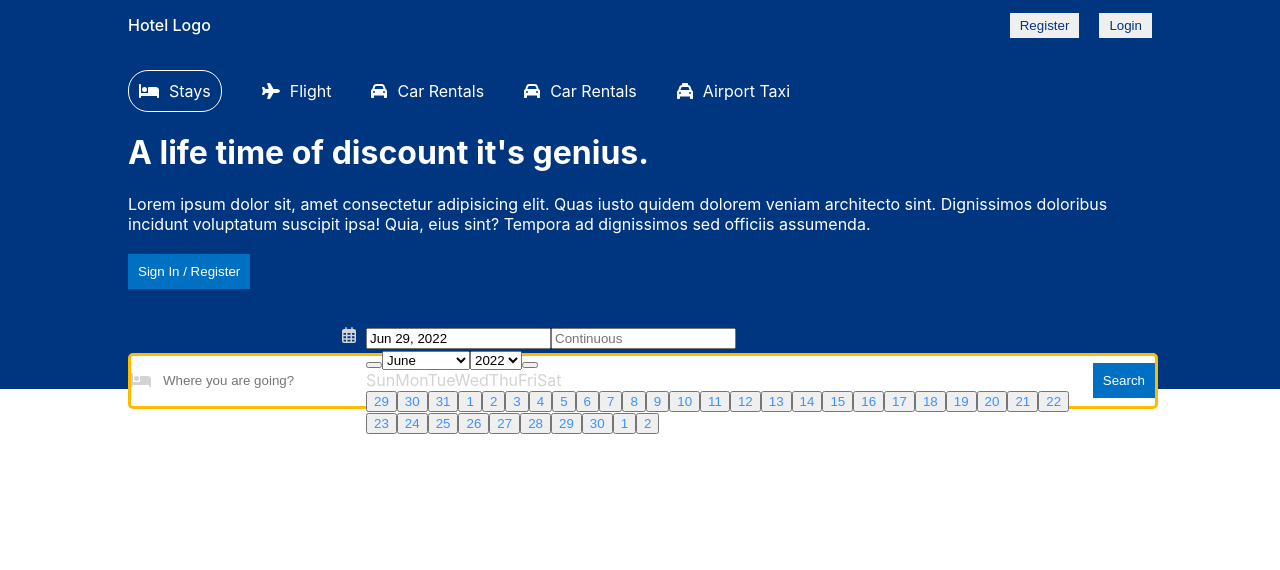
Repository: shikubro90/Booking-App
Page: /
These files come from the project's save history. The page is drawn as it stood at one moment and after the next save; the edit follows.
The browser window is 1280 px wide. The pictures show the whole page.
The project was rebuilt for these pictures with package versions that can differ from the ones it lists, and the page was loaded fresh each time. Also part of the build but not shown: src/App.css, src/pages/Hotels/Hotels.jsx. Imported but missing from the stored project, and not drawn on this page: src/pages/List/List.

Above is the page before, as saved 2022-06-29 01:05:31.

After the next save:
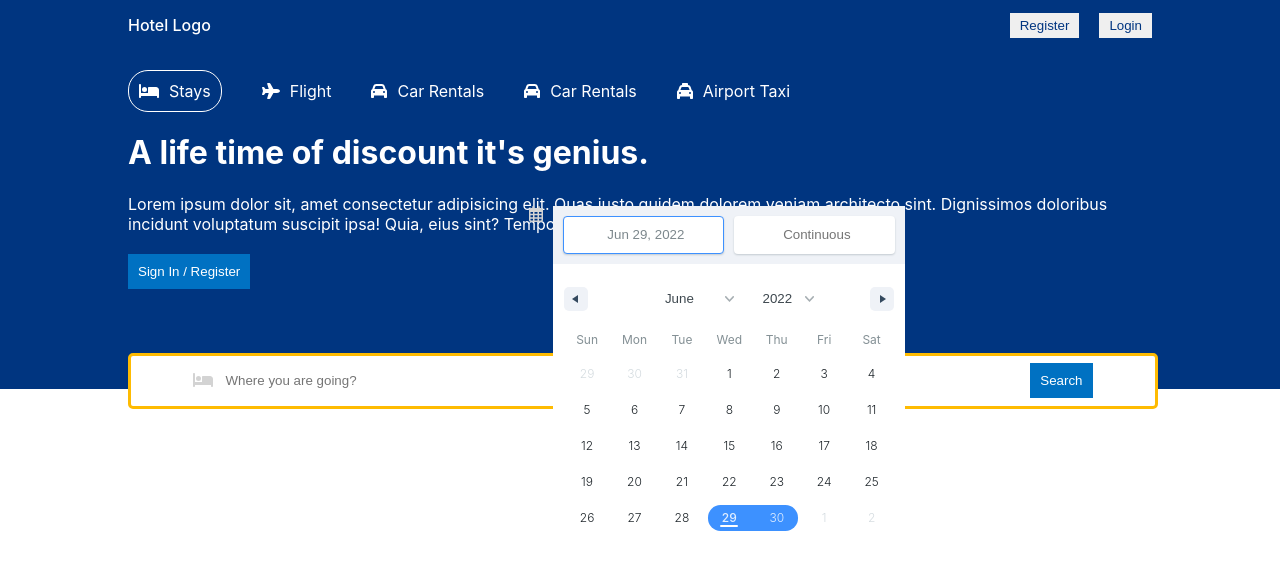
Saved 61 s later.
--- a/src/components/Header/Header.jsx
+++ b/src/components/Header/Header.jsx
@@ -3,6 +3,8 @@ import { faBed, faCar, faPlane, faTaxi } from '@fortawesome/free-solid-svg-icons
 import { FontAwesomeIcon } from '@fortawesome/react-fontawesome';
 import { useState } from 'react';
 import { DateRange } from 'react-date-range';
+import 'react-date-range/dist/styles.css'; // main style file
+import 'react-date-range/dist/theme/default.css'; // theme css file
 import './Header.css';
 
 const Header = () => {
